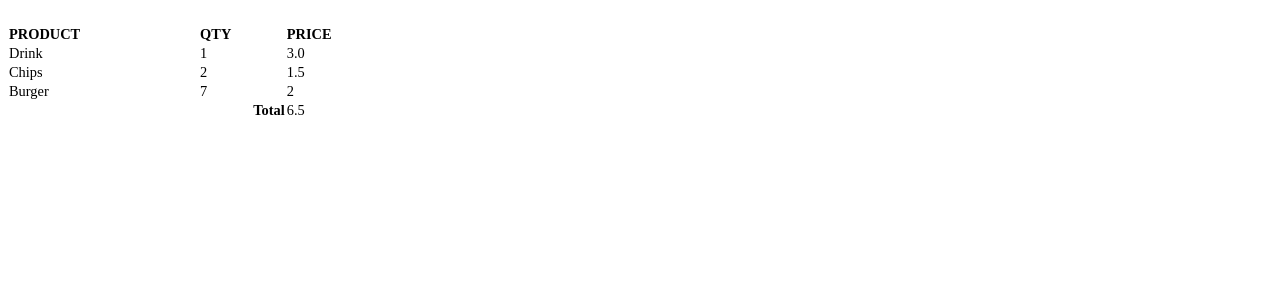
Repository: linas-dev/HTML-CSS-Projects
Page: Basic_HTML_and_CSS/HTML_Table.html
These files come from the project's save history. The page is drawn as it stood at one moment and after the next save; the edit follows.
The browser window is 1280 px wide. The pictures show the whole page.

Above is the page before, as saved 2021-05-30 10:13:54.

After the next save:
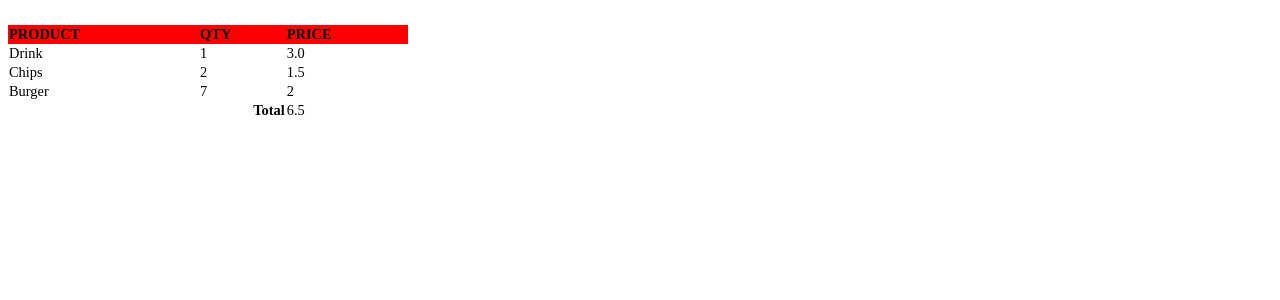
Saved 39 s later.
--- a/Basic_HTML_and_CSS/Basic_CSS_2.css
+++ b/Basic_HTML_and_CSS/Basic_CSS_2.css
@@ -11,3 +11,7 @@ p {
     font-size: 0.9em;
     min-width: 400px;
 }
+
+.table thead tr {
+    background-color: red;
+}
